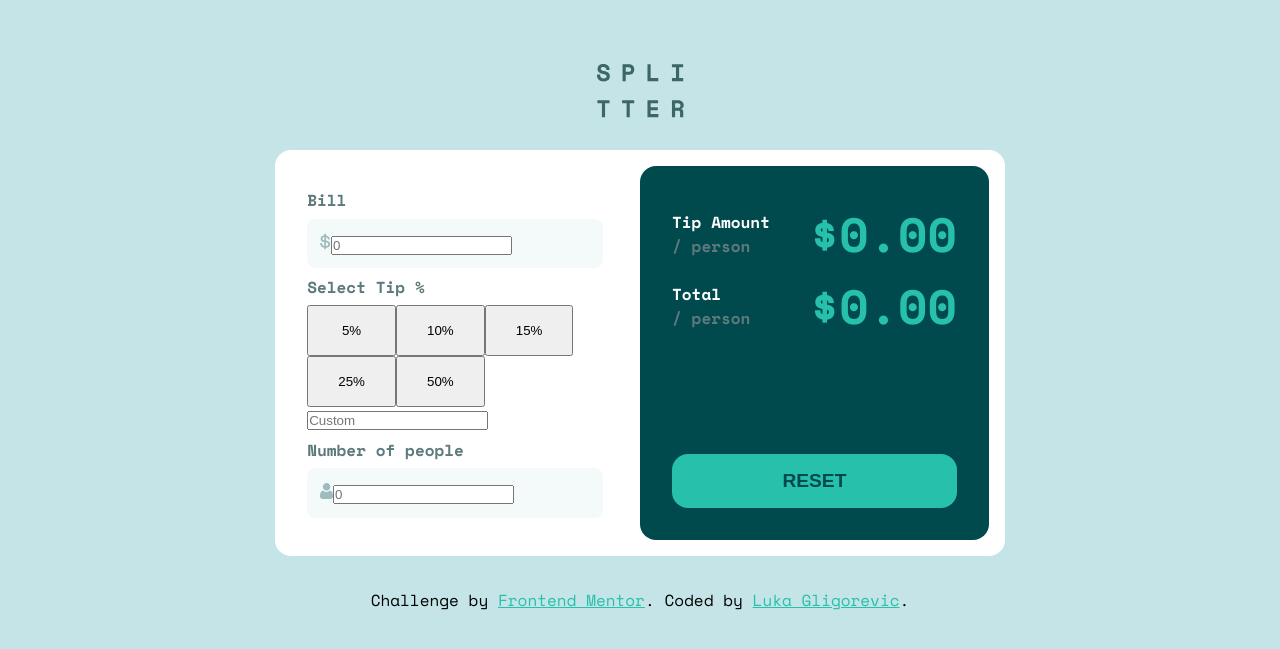
Repository: gligor99/tip-fmentor
Page: /
These files come from the project's save history. The page is drawn as it stood at one moment and after the next save; the edit follows.
The browser window is 1280 px wide. The pictures show the whole page.
The project was rebuilt for these pictures with package versions that can differ from the ones it lists, and the page was loaded fresh each time.

Above is the page before, as saved 2021-11-27 18:17:15.

### src/index.css
@import url("https://fonts.googleapis.com/css2?family=Space+Mono:wght@400;700&display=swap");

:root {
  --clr-primary: hsl(172, 67%, 45%);
  --clr-dark-cyan: hsl(183, 100%, 15%);
  --clr-dark-grayish-cyan: hsl(186, 14%, 43%);
  --clr-dark-grayish-cyan2: hsl(184, 14%, 56%);
  --clr-light-grayish-cyan: hsl(185, 41%, 84%);
  --clr-light-grayish-cyan2: hsl(189, 41%, 97%);
  --clr-white: hsl(0, 0%, 100%);
}

*,
::after,
::before {
  margin: 0;
  padding: 0;
  box-sizing: border-box;
}
body {
  font-family: "Space Mono", sans-serif;
  background: var(--clr-light-grayish-cyan);
  color: var(--clr-grey-1);
  line-height: 1.5;
  font-size: 1rem;
}

.App {
  display: flex;
  flex-direction: column;
  justify-content: center;
  padding: 2rem;
  max-height: 100vh;
}

.logo {
  display: flex;
  justify-content: center;
  padding: 2rem;
}

.attribution {
  font-size: 1rem;
  text-align: center;
  padding: 2rem;
}
.attribution a {
  color: var(--clr-primary);
}

.container {
  display: flex;
  justify-content: space-between;
  background-color: var(--clr-white);
  width: 60%;
  margin: auto;
  padding: 1rem 1rem;
  border-radius: 1rem;
}
.left-side {
  padding: 1rem;
  width: 47%;
}

form {
  height: 100%;
  display: flex;
  flex-direction: column;
  justify-content: space-evenly;
}

label {
  font-weight: 700;
  color: var(--clr-dark-grayish-cyan);
}

.input-div {
  border-radius: 0.5rem;
  padding: 0.8rem;
  background-color: var(--clr-light-grayish-cyan2);
}

.percentage-btn{
  padding: 1rem;
  width: 30%;
}

.right-side {
  background-color: var(--clr-dark-cyan);
  width: 50%;
  border-radius: 1rem;
  padding: 2rem;
}

.results-tip,
.results-total {
  display: flex;
  justify-content: space-between;
  align-items: center;
}

.tip-result,
.total-result {
  font-size: 2rem;
  color: var(--clr-primary);
}

.results-label {
  color: var(--clr-white);
  font-weight: 700;
}

.per-person {
  color: var(--clr-dark-grayish-cyan);
  font-weight: 700;
}

.rightside,
.reset-btn {
  padding: 1rem;
  width: 100%;
  border-radius: 1rem;
  margin-top: 7rem;
  font-size: 1.2rem;
  font-weight: 700;
  background-color: var(--clr-primary);
  color: var(--clr-dark-cyan);
  border: none;
  transition: 0.2s ease-out;
}
.reset-btn:hover {
  background-color: var(--clr-light-grayish-cyan);
}

### src/App.tsx
import Footer from "./components/Footer";
import logo from "./assets/logo.svg";
import Tipper from "./components/Tipper";
import { useState } from "react";

function App() {
  const [bill, setBill] = useState(0)
  const [people, setPeople] = useState(0)
  const [total, setTotal] = useState(0)


  return (
    <div className="App">
      <div className="logo">
        <img src={logo} alt="logo" />
      </div>
      <Tipper />
      <Footer name="Luka Gligorevic" />
    </div>
  );
}

export default App;

### src/components/Footer.tsx
type Props = {
  name: String;
};

const Footer: React.FC<Props> = ({ name }) => {
  return (
    <div className="attribution">
      Challenge by{" "}
      <a
        href="https://www.frontendmentor.io?ref=challenge"
        target="_blank"
        rel="noreferrer"
      >
        Frontend Mentor
      </a>
      . Coded by <a href="https://github.com/gligor99">{name}</a>.
    </div>
  );
};

export default Footer;

### src/components/Tipper.tsx
import iconDollar from "../assets/icon-dollar.svg";
import iconPeople from "../assets/icon-person.svg";

const Tipper = () => {
  return (

      <section className="container">
        <div className="left-side">
          <form>
            <label htmlFor="bill">Bill</label>
            <div className="input-div">
              <img className="input-icon" src={iconDollar} alt="dollarIcon" />
              <input type="number" placeholder="0" />
            </div>
            <label htmlFor="select-tip">Select Tip %</label>
            <div className="buttons">
              <button className="percentage-btn" data-value="5">
                5%
              </button>
              <button className="percentage-btn" data-value="5">
                10%
              </button>
              <button className="percentage-btn" data-value="5">
                15%
              </button>
              <button className="percentage-btn" data-value="5">
                25%
              </button>
              <button className="percentage-btn" data-value="5">
                50%
              </button>
              <input
                type="number"
                placeholder="Custom"
                className="custom-tip"
              />
            </div>
            <label htmlFor="no-of-people">Number of people</label>
            <div className="input-div">
              <img className="input-icon" src={iconPeople} alt="personIcon" />
              <input type="number" placeholder="0" />
            </div>
          </form>
        </div>
        <div className="right-side">
          <div className="results-tip">
            <div className="results-text">
              <p className="results-label">Tip Amount</p>
              <p className="per-person">/ person</p>
            </div>
            <div className="tip-result">
              <h1 id="tip-result">$0.00</h1>
            </div>
          </div>
          <div className="results-total">
            <div className="results-text">
              <p className="results-label">Total</p>
              <p className="per-person">/ person</p>
            </div>
            <div className="total-result">
              <h1 id="total-result">$0.00</h1>
            </div>
          </div>
          <button className="reset-btn" type="reset" >
            RESET
          </button>
        </div>
      </section>

  );
};

export default Tipper;

Loaded but not shown: public/index.html (common file); src/index.tsx (common file)

After the next save:
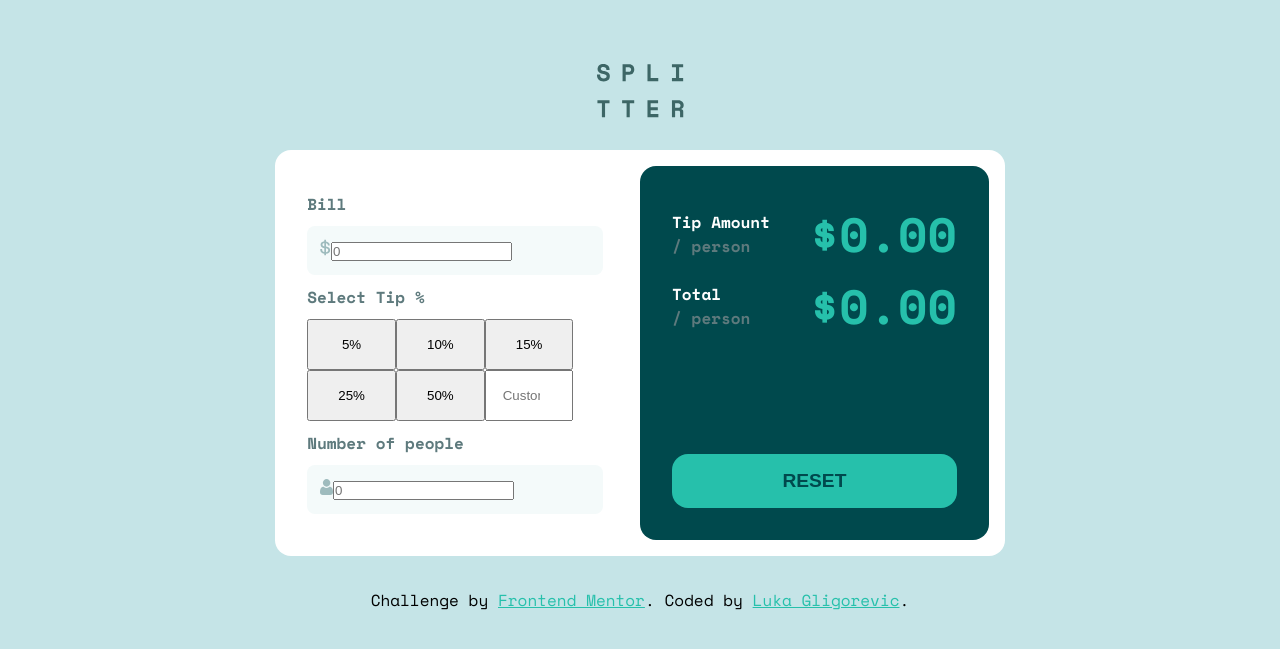
Saved 17 s later.
--- a/src/index.css
+++ b/src/index.css
@@ -80,7 +80,7 @@ label {
   background-color: var(--clr-light-grayish-cyan2);
 }
 
-.percentage-btn{
+.percentage-btn, .custom-tip{
   padding: 1rem;
   width: 30%;
 }
